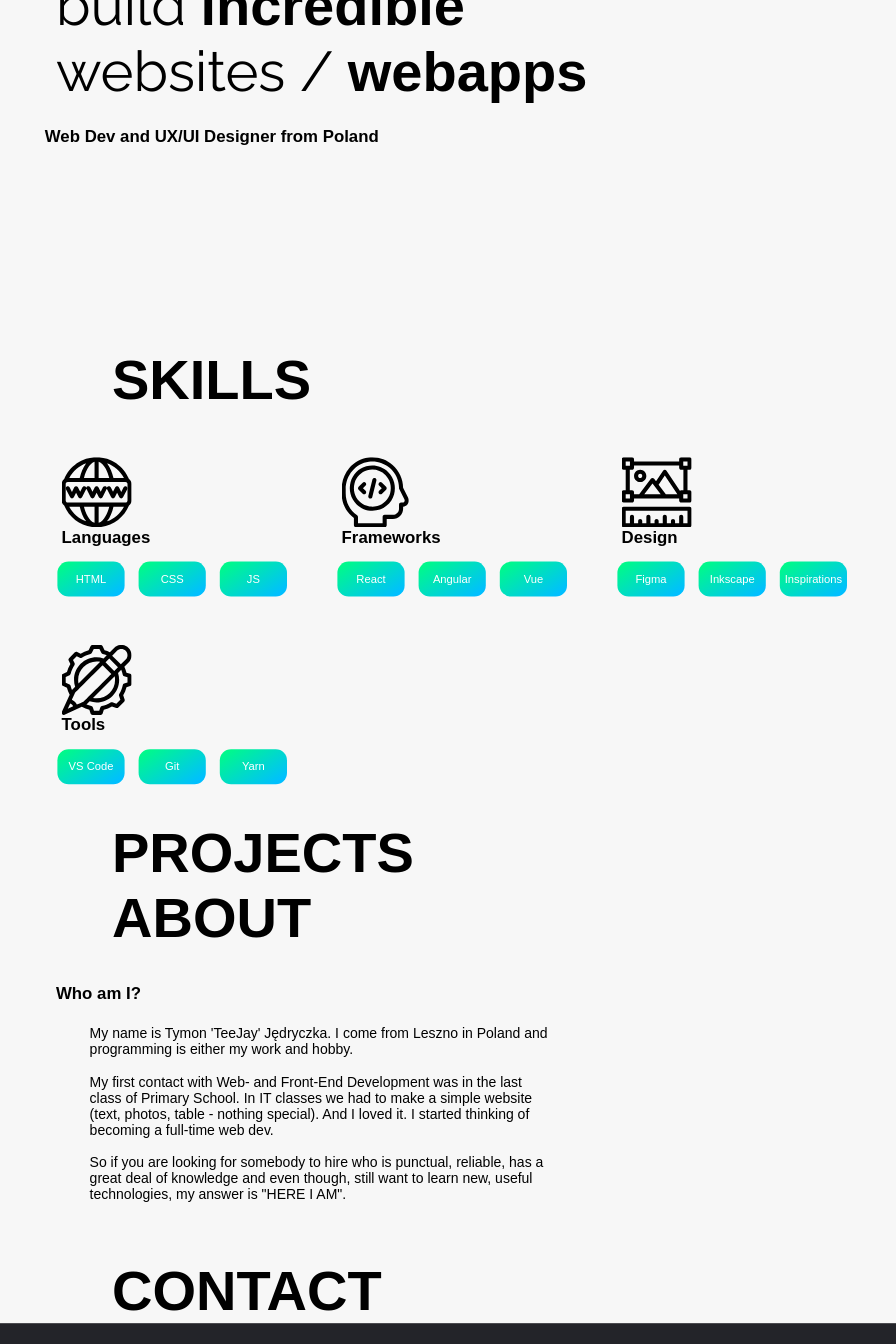
Repository: TeeJaysDev/Portfolio
Page: index.html
The author's editor kept a copy of each file at every save. The page is drawn from the files as they stood at one save, then again after the next save.
The browser window is 1280 px wide. The pictures show the part of the page from y = 565 to 2485 px (the page is 2668 px tall), at 70% of full size.

Above is the page before, as saved 2021-04-24 20:47:17.

### index.html
<!DOCTYPE html>
<html lang="en">
<head>
    <meta charset="UTF-8">
    <meta http-equiv="X-UA-Compatible" content="IE=edge">
    <meta name="viewport" content="width=device-width, initial-scale=1.0">
    <script type="text/javascript" src="script.js"></script>
    <link rel="stylesheet" href="style.css">
    <link href="https://fonts.googleapis.com/css2?family=Raleway&display=swap" rel="stylesheet">
    <link href="https://fonts.googleapis.com/css2?family=Quicksand:wght@700&display=swap" rel="stylesheet">
    <title>Tymon Jędryczka | Portfolio</title>
</head>
<body>
    <nav>
        <a href="#skills"><h3>skills</h3></a>
        <a href="#projects"><h3>projects</h3></a>
        <a href="#about"><h3>about</h3></a>
        <a href="#contact"><h3>contact</h3></a>
    </nav>
    <header>
        <h2 class="welcome_part_h1">h1</h2>
        <h1 class="welcome_part">
            Hi, I'm <strong>Tymon</strong><br>
            I design <strong>and</strong><br>
            build <strong>incredible</strong><br>
            websites / <strong>webapps</strong>
        </h1>
        <h2 class="welcome_part_h2">
            Web Dev and UX/UI Designer from Poland
        </h2>
    </header>
    <main>
        <h1>
            SKILLS
        </h1>
        <section id="skills">
                <div class="languages">
                    <div class="box">
                        <div class="imageh2">
                            <img src="Images/svg/languages.svg">
                            <h2>Languages</h2>
                        </div>
                        <div class="text">
                            <li>HTML</li>
                            <li>CSS</li>
                            <li>JS</li>
                        </div>
                    </div>
                </div>
                <div class="frameworks">
                    <div class="box">
                        <div class="imageh2">
                            <img src="Images/svg/frameworks.svg">
                            <h2>Frameworks</h2>
                        </div>
                        <div class="text">
                            <li>React</li>
                            <li>Angular</li>
                            <li>Vue</li>
                        </div>
                    </div>
                </div>
                <div class="design">
                    <div class="box">
                        <div class="imageh2">
                            <img src="Images/svg/design.svg">
                            <h2>Design</h2>
                        </div>
                        <div class="text">
                            <li>Figma</li>
                            <li>Inkscape</li>
                            <li>Inspirations</li>
                        </div>
                    </div>
                </div>
                <div class="tools">
                    <div class="box">
                        <div class="imageh2">
                            <img src="Images/svg/tools.svg">
                            <h2>Tools</h2>
                        </div>
                        <div class="text">
                            <li>VS Code</li>
                            <li>Git</li>
                            <li>Yarn</li>
                        </div>
                    </div>
                </div>
        </section>
        <section id="projects">
            <h1>
                PROJECTS
            </h1>
        </section>
        <section id="about">
            <h1>
                ABOUT
            </h1>
            <h2>
                Who am I?
            </h2>
            <p>
                My name is Tymon 'TeeJay' Jędryczka. I come from Leszno in Poland and programming is either my work and hobby.
                <br><br>
                My first contact with Web- and Front-End Development was in the last class of Primary School. In IT classes we had to make a simple website (text, photos, table - nothing special). And I loved it. I started thinking of becoming a full-time web dev.
                <!-- <br><br> I am also a self-taught dev and with CodeCademy and YouTube I get knowledge of HTML5, CSS3, JS, and its frameworks (React, Angular, Vue). I call myself a 2-in-1 developer 'cause I design things (usually in Figma) and then make them real by writing some code. -->
                <br><br>
                So if you are looking for somebody to hire who is punctual, reliable, has a great deal of knowledge and even though, still want to learn new, useful technologies, my answer is "HERE I AM".
            </p>
        </section>
        <section id="contact">
            <h1>
                CONTACT
            </h1>
        </section>
    </main>
    <footer>
        <h4>2021 &copy; Tymon 'TeeJay' Jędryczka</h4>
        <li><a href="https://facebook.com/tymonjedr/" target="_blank"><img src="Images/svg/facebook.svg" alt="Facebook LOGO"></a></li>
        <li><a href="https://linkedin.com/in/tymon-jedryczka/" target="_blank"><img src="Images/svg/linkedin.svg" alt="LinkedIn LOGO"></a></li>
        <li><a href="https://github.com/TeeJaysDev" target="_blank"><img src="Images/svg/github.svg" alt="GitHub LOGO"></a></li>
        <li><a href="https://stackoverflow.com/users/15029595/teejaysdev" target="_blank"><img src="Images/svg/stack.svg" alt="Stack LOGO"></a></li>
        <li><a href="https://codecademy.com/profiles/TeeJaysDev" target=”_blank”><img src="Images/svg/codecademy.svg" alt="CodeCademy LOGO"></a></li>
    </footer>
</body>
</html>

### style.css
* {
    margin: 0;
    padding: 0;
    font-family: sans-serif;
    text-decoration: none;
}

body {
    background-color: #F7F7F7;
}

nav {
    display: flex;
    justify-content: flex-end;
    margin-right: 0rem;
    margin-top: 0rem;
}

nav a {
    color: #000000;
    padding: 0.938rem;
    margin-top: 2rem;
    margin-right: 3.125rem;
    font-size: 1.563rem;
}

.welcome_part_h1 {
    font-family: monospace;
    font-size: 3.75rem;
    margin-top: 9rem;
    margin-left: 2.5rem;
    margin-bottom: 0rem;
}

.welcome_part {
    margin-top: 2rem;
    margin-left: 5rem;
    margin-bottom: 2rem;
    font-family: Raleway;
    font-weight: lighter;
    font-size: 5rem;
    min-width: 18ch;
}

.welcome_part_h2 {
    margin-bottom: 18rem;
    margin-left: 4rem;
}

#skills {
    display: grid;
    align-items: flex-end;
    grid-template-columns: repeat(auto-fit, 400px);
    margin-left: 4.5rem;
}

h1 {
    font-size: 5rem;
    margin-left: 10rem;
}

.imageh2 {
    display: flex;
    flex-wrap: wrap;
    align-items: flex-start;
    margin: 4rem 20rem 1rem 1rem;
}

.text {
    display: flex;
    flex-wrap: wrap;
}

.text li {
    list-style: none;
    margin: 1rem;
    color: #fff;
    text-align: center;
    align-items: center;
    border-radius: 1rem;
    margin: 5px 10px;
    width: 6rem;
    background-image: linear-gradient(147deg,#00FF7F,#00BFFF 90%);
    padding-top: 1rem;
    padding-bottom: 1rem;
}

#about p {
    font-size: 1.25rem;
    max-width: 60ch;
    margin-left: 8rem;
    margin-bottom: 5rem;
    margin-top: 2rem;
}

#about h2 {
    margin-left: 5rem;
    margin-top: 3rem;
}

#projects h1 {
    width: 15%;
    margin-top: 3rem;
}

#about h1 {
    width: 15%;
}

#contact h1 {
    width: 17%;
}

footer, footer h4 {
    color: #C5C4C6;
    background-color: #232429;
    font-family: Arial, Helvetica, sans-serif;
    font-size: 0.938rem;
    font-weight: lighter;
    text-align: center;
    z-index: -1;
    padding-top: 1.875rem;
    padding-bottom: 3.125rem;
}

footer li{
    margin: 0 1.25;
    display: inline;
}

body .error {
    text-align: center;
}

.error p {
    font-family: Quicksand;
    font-weight: 700;
    color: #000000;
    font-size: 20rem;
    margin-top: 5rem;
}

.error button a {
    text-decoration: none;
    text-align: center;
    color: #000000;
    font-size: 2rem;
    padding: 3rem;
}

.error .mainError {
    display: flex;
    text-align: center;
    margin-left: 40rem;
    margin-right: auto;
}

.error img {
    width: 250px;
}

.error button {
    margin-top: 10rem;
}
/* Smartphone (portrait) --- */

@media only screen
and (min-width: 320px)
and (max-width: 767px) {

    nav {
        display: flex;
        justify-content: flex-end;
        margin-right: 1rem;
        margin-top: 0rem;
    }

    nav a {
        padding: 0.938rem;
        margin-top: 2rem;
        margin-right: -1rem;
        font-size: 1rem;
    }

     main .welcome_part_h1 {
        font-family: monospace;
        font-size: 2.5rem;
        margin-top: 9rem;
        margin-left: 1rem;
    }

    main .welcome_part {
        margin-top: 1rem;
        margin-left: 2rem;
        margin-bottom: 2rem;
        font-size: 1.63rem;
        min-width: 18ch;
    }

    main .welcome_part_h2 {
        margin-bottom: 10rem;
        margin-left: 2rem;
        font-size: 1rem;
    }

    section h1 {
        font-size: 3rem;
        margin-bottom: 1.563rem;
    }

    #about p {
        font-size: 1.25rem;
        max-width: 22ch;
        margin-left: 2rem;
        margin-bottom: 5rem;
    }

    #about h2 {
        margin-left: 2rem;
        margin-top: 5rem;
    }

    footer, footer h4 {
        padding-top: 1.875rem;
        padding-bottom: 3.125rem;
        width: 100%;
    }

    footer li{
        margin: 0 1.25;
        display: inline;
    }
}



@media only screen
and (min-width: 768px)
and (max-width: 1024px)
and (orientation: portrait) {

    * {
        margin: 0;
        padding: 0;
        font-family: sans-serif;
        text-decoration: none;
    }

    body {
        background-color: #F7F7F7;
    }

    nav {
        display: flex;
        justify-content: flex-end;
        margin-right: 0rem;
        margin-top: 0rem;
    }

    nav a {
        color: #000000;
        padding: 0.938rem;
        margin-top: 2rem;
        margin-right: 3.125rem;
        font-size: 1.563rem;
    }

     main .welcome_part_h1 {
        font-family: monospace;
        font-size: 3.75rem;
        margin-top: 13rem;
        margin-left: 2.5rem;
        margin-bottom: 0rem;
    }

    main .welcome_part {
        margin-top: 2rem;
        margin-left: 5rem;
        margin-bottom: 2rem;
        font-family: Raleway;
        font-weight: lighter;
        font-size: 3.9rem;
        min-width: 18ch;
    }

    main .welcome_part_h2 {
        margin-bottom: 20rem;
        margin-left: 4rem;
    }

    #about p {
        font-size: 1.25rem;
        max-width: 45ch;
        margin-left: 8rem;
        margin-bottom: 5rem;
    }

    #about h2 {
        margin-left: 5rem;
        margin-top: 5rem;
    }

    #projects h1 {
        width: 15%;
        margin-top: 3rem;
    }

    #about h1 {
        width: 15%;
    }

    #contact h1 {
        width: 17%;
    }

    footer, footer h4 {
        color: #C5C4C6;
        background-color: #232429;
        font-family: Arial, Helvetica, sans-serif;
        font-size: 0.938rem;
        font-weight: lighter;
        text-align: center;
        z-index: -1;
        width: 100%;
        padding-top: 1.875rem;
        padding-bottom: 3.125rem;
    }

    body .error {
        text-align: center;
    }

    .error p {
        font-family: Quicksand;
        font-weight: 700;
        color: #000000;
        font-size: 20rem;
        margin-top: 5rem;
    }

    .error button a {
        text-decoration: none;
        text-align: center;
        color: #000000;
        font-size: 2rem;
        padding: 3rem;
    }

    .error .mainError {
        display: flex;
        text-align: center;
        margin-left: 40rem;
        margin-right: auto;
    }

    .error img {
        width: 250px;
    }

    .error button {
        margin-top: 10rem;
    }
}

@media only screen
and (min-width: 953)
and (max-width: 1230) {
     p {
        margin-left: 1rem;
    }
}

@media only screen
and (min-width: 550px)
and (max-width: 700px) {
    main .welcome_part_h1 {
        font-family: monospace;
        font-size: 3.75rem;
        margin-top: 13rem;
        margin-left: 2.5rem;
        margin-bottom: 0rem;
    }

    main .welcome_part {
        margin-top: 2rem;
        margin-left: 5rem;
        margin-bottom: 2rem;
        font-size: 2.6rem;
    }

    main .welcome_part_h2 {
        margin-bottom: 20rem;
        margin-left: 4rem;
    }
}

@media only screen
and (min-width: 1920px) {
    main .welcome_part_h1 {
        font-family: monospace;
        font-size: 3.75rem;
        margin-top: 13rem;
        margin-left: 2.5rem;
        margin-bottom: 0rem;
    }

    main .welcome_part {
        margin-top: 2rem;
        margin-left: 5rem;
        margin-bottom: 2rem;
        font-size: 5rem;
    }

    main .welcome_part_h2 {
        margin-bottom: 20rem;
        margin-left: 4rem;
        font-size: 2.5rem;
    }
}

@media only screen
and (max-width: 950) {

}

Loaded but not shown: script.js (no stored copy; drawn as an empty file)

After the next save:
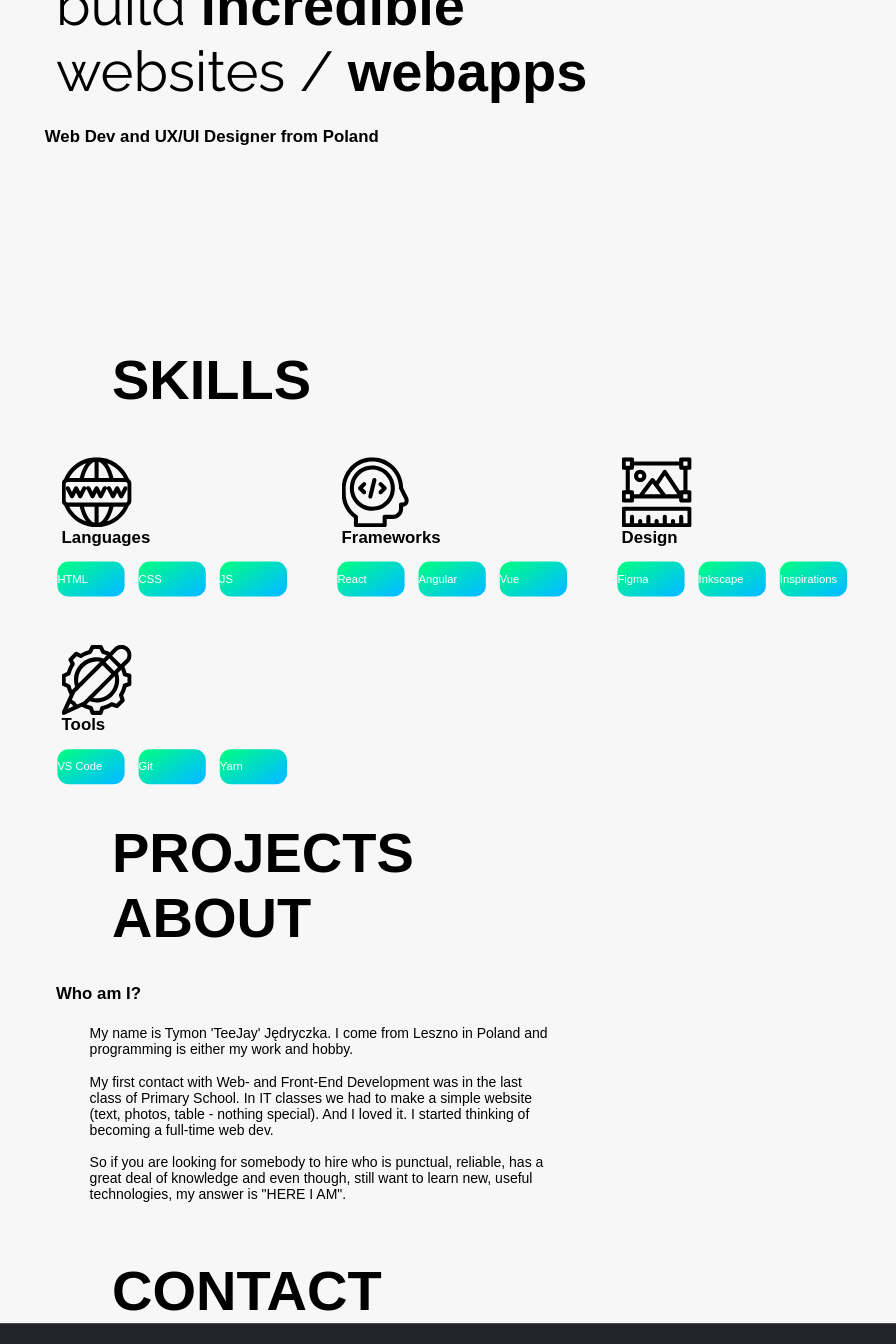
Saved 37 s later.
--- a/style.css
+++ b/style.css
@@ -75,6 +75,7 @@
     list-style: none;
     margin: 1rem;
     color: #fff;
+    font-size:
     text-align: center;
     align-items: center;
     border-radius: 1rem;

After the save that followed:
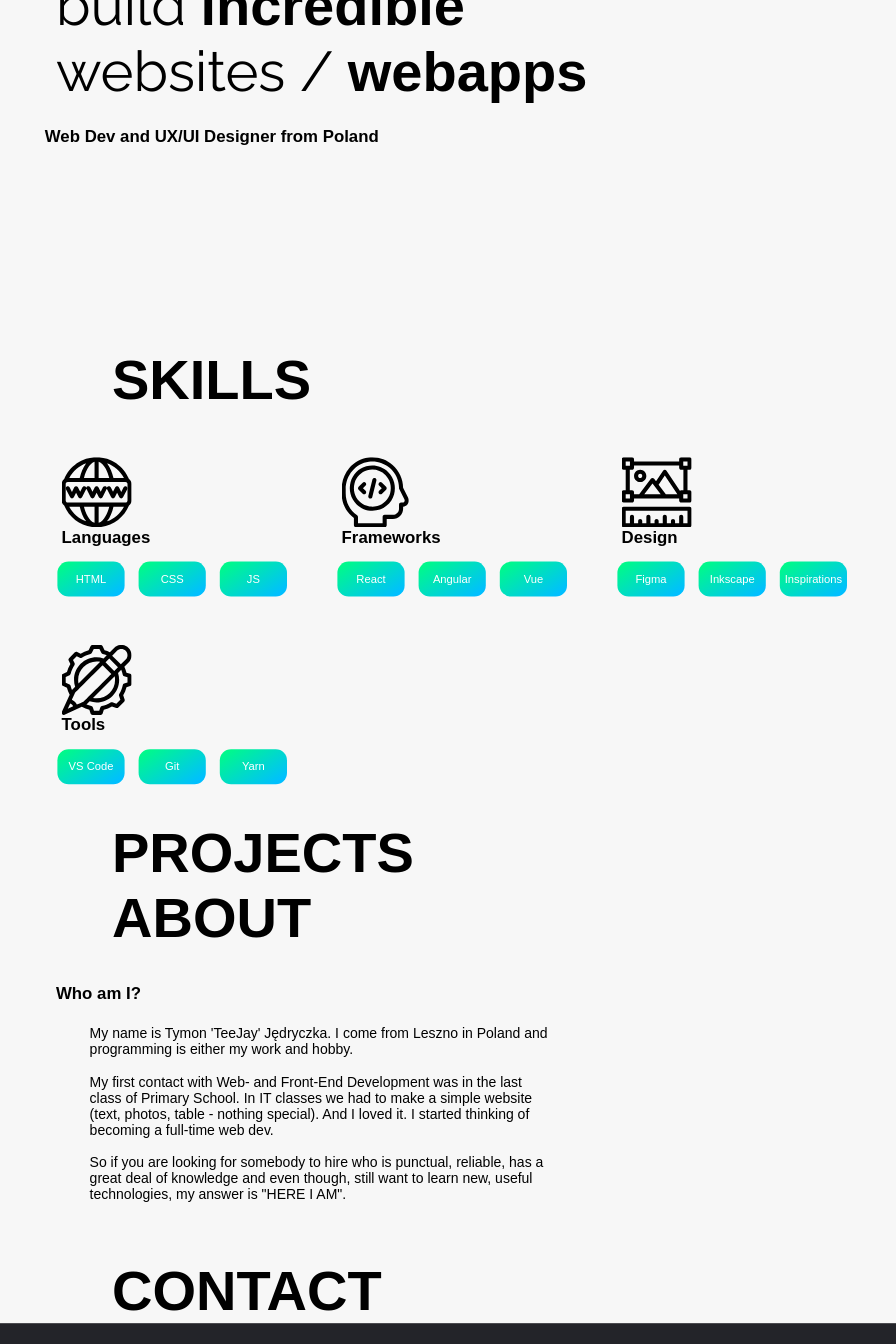
Saved 12 s later.
--- a/style.css
+++ b/style.css
@@ -75,7 +75,7 @@
     list-style: none;
     margin: 1rem;
     color: #fff;
-    font-size:
+    font-size: 1rem;
     text-align: center;
     align-items: center;
     border-radius: 1rem;
